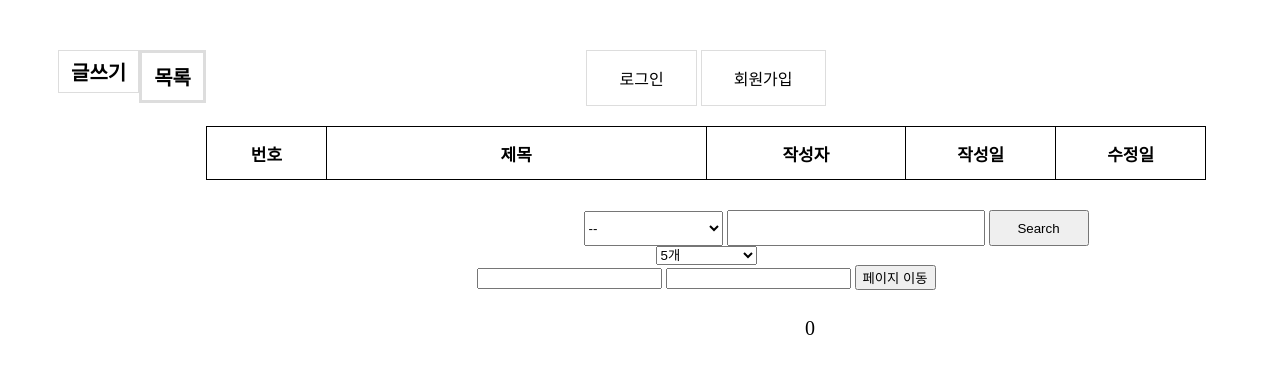
Repository: Shim-YoungDo/gaea-study
Page: http://localhost/study/WEB-INF/views/board/list.jsp
These files come from the project's save history. The page is drawn as it stood at one moment and after the next save; the edit follows.
The browser window is 1280 px wide. The pictures show the whole page.
The page is served by Tomcat 9. Nobody is signed in. Other server files are loaded and not shown. The template is opened directly, without the code that normally fills it, so the values that code supplies are empty.

Above is the page before, as saved 2021-12-13 07:56:30.

### study/src/main/webapp/WEB-INF/views/board/list.jsp
<%@ page language="java" contentType="text/html; charset=UTF-8"
	pageEncoding="UTF-8"%>
<%@ taglib uri="http://java.sun.com/jsp/jstl/core" prefix="c"%>
<%@ taglib prefix="fmt" uri="http://java.sun.com/jsp/jstl/fmt"%>
<!DOCTYPE html>
<html>
<head>
<meta charset="UTF-8">
<title>Insert title here</title>
<link rel="stylesheet" href="/resources/css/board/list.css">
<script src="https://code.jquery.com/jquery-3.4.1.js"
	integrity="sha256-WpOohJOqMqqyKL9FccASB9O0KwACQJpFTUBLTYOVvVU="
	crossorigin="anonymous"></script>
</head>
<body>
	<div class="table_wrap">
		<a href="/board/registeView" class="enroll_btn">글쓰기</a>
		<a href="/board/list" class="list_btn">목록</a>
		<div class="login_area">
		<!-- 로그인 x -->
		<c:if test="${member==null}">
		<div class="login_button"><a href="/member/login">로그인</a></div>
		<span><a href="/member/join">회원가입</a></span>
		</c:if>

		<!-- 로그인 o -->
		<c:if test="${member != null}">
		<div class="login_success_area">
			<span>이름:${member.memberName}</span>
			<span>아이디:${member.memberID}</span>
			<a href="/member/logout">로그아웃</a>
		</div>
		</c:if>

		<table>
			<thead>
				<tr>
					<th class="bno_width">번호</th>
					<th class="title_width">제목</th>
					<th class="writer_width">작성자</th>
					<th class="regdate_width">작성일</th>
					<th class="updatedate_width">수정일</th>
				</tr>
			</thead>
			<c:forEach items="${list}" var="list">
				<tr>
					<td><c:out value="${list.boardNumber}" /></td>
					<td>
						<a class="move" href='<c:out value="${list.boardNumber}"/>'>
							<c:out value="${list.boardTitle}" />
						</a>
					</td>
					<td>
						<c:out value="${list.boardWriter}" />
					</td>
					<td>
						<fmt:formatDate pattern="yyyy/MM/dd"
							value="${list.boardRegistrationDate}" />
					</td>
					<td>
						<fmt:formatDate pattern="yyyy/MM/dd"
							value="${list.boardUpdateDate}" />
					</td>
				</tr>
			</c:forEach>
		</table>

		<div class="search_wrap">
			<div class="search_area">
				<select name="type">
                <option value="" <c:out value="${pageMake.cri.type == null?'selected':'' }"/>>--</option>
                <option value="T" <c:out value="${pageMake.cri.type eq 'T'?'selected':'' }"/>>제목</option>
                <option value="C" <c:out value="${pageMake.cri.type eq 'C'?'selected':'' }"/>>내용</option>
                <option value="W" <c:out value="${pageMake.cri.type eq 'W'?'selected':'' }"/>>작성자</option>
                <option value="TC" <c:out value="${pageMake.cri.type eq 'TC'?'selected':'' }"/>>제목 + 내용</option>
                <option value="TW" <c:out value="${pageMake.cri.type eq 'TW'?'selected':'' }"/>>제목 + 작성자</option>
                <option value="TCW" <c:out value="${pageMake.cri.type eq 'TCW'?'selected':'' }"/>>제목 + 내용 + 작성자</option>
            </select>
				<input type="text" name="keyword" value="${pageMake.cri.keyword}">
				<button>Search</button>
			</div>
		</div>

		<div class="amount_wrap">
			<div class="amount_area">

					<select name="amount" onchange="selectBoxChange(this.value);">
						<option value="" disabled >=== 선택 ===</option>
						<option value=5 <c:out value="${pageMake.cri.amount == 5?'selected':''}"/>>5개</option>
    					<option value=10 <c:out value="${pageMake.cri.amount == 10?'selected':''}"/>>10개</option>
    					<option value=20 <c:out value="${pageMake.cri.amount == 20?'selected':''}"/>>20개</option>
    					<option value=25 <c:out value="${pageMake.cri.amount == 25?'selected':''}"/>>25개</option>

					</select>

			</div>
		</div>


		<div class="page_select_wrap">
			<div class="page_select_area">
				<input type = "text" pattern="\d" name="pageSelect"value='<c:out value="${pageMake.cri.pageNum}"/>'>
				<input name = "totalPage" readonly="readonly" value = '<c:out value="${pageMake.realEnd}"/>'>
				<button>페이지 이동</button>
			</div>
		</div>

		<div class="pageInfo_wrap">
			<div class="pageInfo_area">
				<ul id="pageInfo" class="pageInfo">

					<!-- 이전페이지 버튼 -->
					<c:if test="${pageMake.prev}">
						<li class="pageInfo_btn previous"><a href="${pageMake.startPage-1}">이전</a></li>
					</c:if>

					<!-- 각 번호 페이지 버튼 -->
					<c:forEach var="num" begin="${pageMake.startPage}" end="${pageMake.endPage}">
						<li class="pageInfo_btn ${pageMake.cri.pageNum == num ? "active":"" }"><a href="${num}">${num}</a></li>
					</c:forEach>

					<!--
					<form id="pageForm" method="post">
					<select name="amount" id="amount" onchange="selectBoxChange(this.value);">
						<option value="none">=== 선택 ===</option>
						<option value="5">5개</option>
    					<option value="10">10개</option>
    					<option value="20">20개</option>
					</select>
					</form>
					-->

					<!-- 다음페이지 버튼 -->
					<c:if test="${pageMake.next}">
						<li class="pageInfo_btn next"><a href="${pageMake.endPage+1}">다음</a></li>
					</c:if>
				</ul>
			</div>
		</div>

		<form id="moveForm" method="get">
			<input type="hidden" name="pageNum" value="${pageMake.cri.pageNum}">
			<input type="hidden" name="amount" value="${pageMake.cri.amount}">
			<input type="hidden" name="keyword" value="${pageMake.cri.keyword}">
			<input type="hidden" name="type" value="${pageMake.cri.type}">

		</form>
	</div>
</div>

	<script>
		let moveForm = $("#moveForm");
		let pageForm = $("#pageForm");

		$(".move").on("click", function(e) {
			e.preventDefault();
			moveForm.append("<input type='hidden' name='boardNumber' value='"
					+ $(this).attr("href") + "'>"); //<form>내부 boardNumber값을 저장하는 <input>태그 생성
			moveForm.attr("action", "/board/getPage");
			moveForm.submit();
				});

		$(".pageInfo a").on("click", function(e){
			e.preventDefault();
			moveForm.find("input[name='pageNum']").val($(this).attr("href")); //<form>내부 pageNum과 관련된 <input>태그의 value 속성값에 클릭한<a>태그 페이지 번호 삽입
			moveForm.attr("action", "/board/list");
			moveForm.submit();
		});

		/*
		var selectBoxChange = function(value){
			console.log("결과:" +value);
			$.ajax({
				type:"post",
				url:"/board/pageAmount",
				data: "pageAmount=" +value,
				success : function(data){
					alert("성공", +data);
					console.log(data);
				}
			});
		}*/

		/*
		$("#pageForm").change(function(){
			var pageAmount = value;

			$.ajax({
				type:"post",
				url:"/board/pageAmount",
				data: "pageAmount=" +pageAmount,
				success : function(data){
					alert("성공", +data);
					console.log(data);
				}
			});

		});*/


		//검색기능
		$(".search_area button").on("click", function(e){
			e.preventDefault();

			let type = $(".search_area select").val();
			let keyword = $(".search_area input[name='keyword']").val();

			if(!type){
				alert("검색 종류를 선택하세요");
				return false;
			}
			if(!keyword){
				alert("키워드를 입력하세요");
				return false;
			}

			//let val = $("input[name='keyword']").val();
			moveForm.find("input[name='type']").val(type);
			moveForm.find("input[name='keyword']").val(keyword);
			moveForm.find("input[name='pageNum']").val(1);
			moveForm.submit();
		});

		/*
		$("#pageForm").change(function(){
			var pageAmount = value;
			let amount = $(".amount_area select").val();

			pageForm.find("input[name]='amount'").val(amount);
			pageForm.submit();
		});*/

		//화면에 출력될 총 게시글 수 선택
		var selectBoxChange = function(value){

			let amount = $(".amount_area select").val();

			//pageForm.find("input[name]='amount'").val(amount);
			//pageForm.submit();
			moveForm.find("input[name='amount']").val(amount);
			moveForm.find("input[name='pageNum']").val(1);
			moveForm.submit();

			console.log("결과:" +value);
			//alert("성공", +data);
		}

		//선택 페이지 이동
		$(".page_select_area button").on("click",function(){

			let pageNum = $(".page_select_area [name='pageSelect']").val();

			moveForm.find("input[name='pageNum']").val(pageNum);
			moveForm.attr("action", "/board/list");
			moveForm.submit();
		});




		/*
		$(".page_count_area button").on("click"function(){
			let pageCount = $(".page_count_area [name='pageCount']").val();
			moveForm.find("input[name='pageCount']").val(pageCount);
			moveForm.attr("action", "/board/list");
			moveForm.submit();
		});
		*/
	</script>

</body>
</html>

### study/src/main/webapp/resources/css/board/list.css
@charset "UTF-8";
a{
  	text-decoration : none;
  }
  table{
 	border-collapse: collapse;
 	width: 1000px;
 	margin-top : 20px;
 	text-align: center;
  }
  td, th{
  	border : 1px solid black;
  	height: 50px;
  }
  th{
  	font-size : 17px;
  }
  thead{
  	font-weight: 700;
  }
  .table_wrap{
  	margin : 50px 0 0 50px;
  }
  .bno_width{
  	width: 12%;
  }
  .writer_width{
  	width: 20%;
  }
  .regdate_width{
  	width: 15%;
  }
  .updatedate_width{
  	width: 15%;
  }
  .enroll_btn{
    float:left;
  	font-size: 20px;
    padding: 6px 12px;
    background-color: #fff;
    border: 1px solid #ddd;
    font-weight: 600;
  }
  .list_btn{
    float:left;
  	font-size: 20px;
    padding: 9px 12px;
    background-color: #fff;
    border: 3px solid #ddd;
    font-weight: 600;
  }

  .pageInfo{
      list-style : none;
      display: inline-block;
    margin: 20px 0 0 150px;
  }
  .pageInfo li{
      float: left;
    font-size: 20px;
    margin-left: 18px;
    padding: 7px;
    font-weight: 500;
  }
  .login_area{
	height:30%;
	display:inline-block;
	text-align:center;
}
  .login_button{
  	background-color: #ffffff; /* Green */
    border: 1px solid #ddd;
    color: white;
    padding: 15px 32px;
    text-align: center;
    text-decoration: none;
    display: inline-block;
    font-size: 16px;
  }
  .login_area>span{
	background-color: #ffffff; /* Green */
    border: 1px solid #ddd;
    color: white;
    padding: 15px 32px;
    text-align: center;
    text-decoration: none;
    display: inline-block;
    font-size: 16px;
}

/*로그인 성공 영역*/
.login_success_area{
	width:25%;
	height:30%;
	border:2px solid #7474ad;
	border-radius:15px;
	margin:5% auto;
}
.login_success_area>span{
	display:block;
	text-align:left;
	margin-left:10px
}
.login_success_area>a{
    font-size: 15px;
    font-weight: 900;
    display: inline-block;
    margin-top: 5px;
    background: #e1e5e8;
    width: 82px;
    height: 22px;
    line-height: 22px;
    border-radius: 25px;
    color: #606267;
}

.search_area{
    display: inline-block;
    margin-top: 30px;
    margin-left: 260px;
  }
  .search_area input{
      height: 30px;
    width: 250px;
  }
  .search_area button{
     width: 100px;
    height: 36px;
  }

  .search_area select{
  	height:35px;
  }


 a:link {color:black; text-decoration: none;}
 a:visited {color:black; text-decoration: none;}
 a:hover {color:blue; text-decoration: underline;}
 .active{
 	text-decoration:underline;
 }

After the next save:
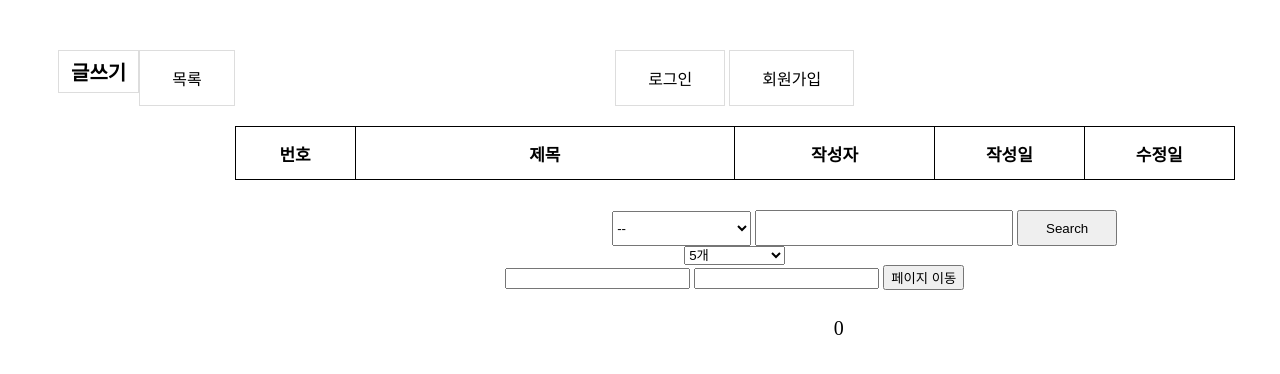
Saved 92 s later.
--- a/study/src/main/webapp/resources/css/board/list.css
+++ b/study/src/main/webapp/resources/css/board/list.css
@@ -43,11 +43,14 @@ a{
   }
   .list_btn{
     float:left;
-  	font-size: 20px;
-    padding: 9px 12px;
-    background-color: #fff;
-    border: 3px solid #ddd;
-    font-weight: 600;
+  	background-color: #ffffff; /* Green */
+    border: 1px solid #ddd;
+    color: white;
+    padding: 15px 32px;
+    text-align: center;
+    text-decoration: none;
+    display: inline-block;
+    font-size: 16px;
   }
 
   .pageInfo{
